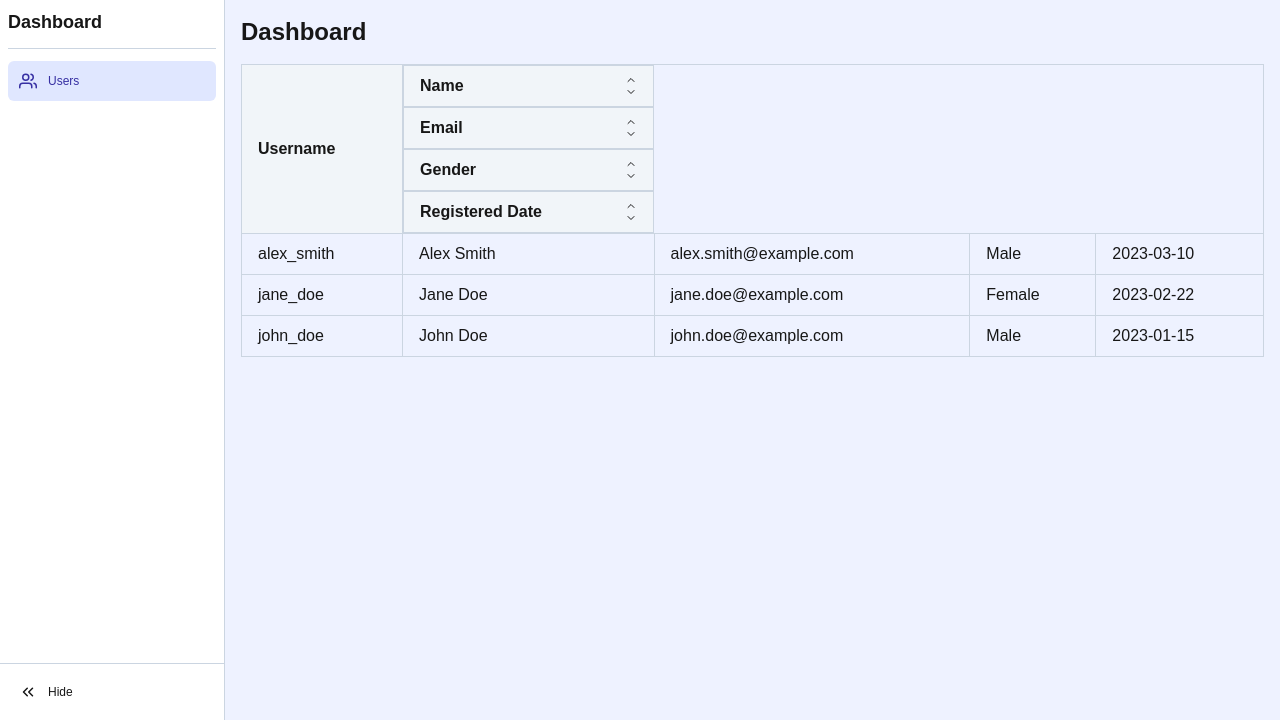
Repository: Ademaulana100499/userdashboard
Page: /
The author's editor kept a copy of each file at every save. The page is drawn from the files as they stood at one save, then again after the next save.
The browser window is 1280 px wide. The pictures show the whole page.
The project was rebuilt for these pictures with package versions that can differ from the ones it lists, and the page was loaded fresh each time. The framework's server and built-in components were replaced by stand-ins that run in the browser. Also part of the build but not shown: next.config.mjs.

Above is the page before, as saved 2025-02-14 18:53:45.

After the next save:
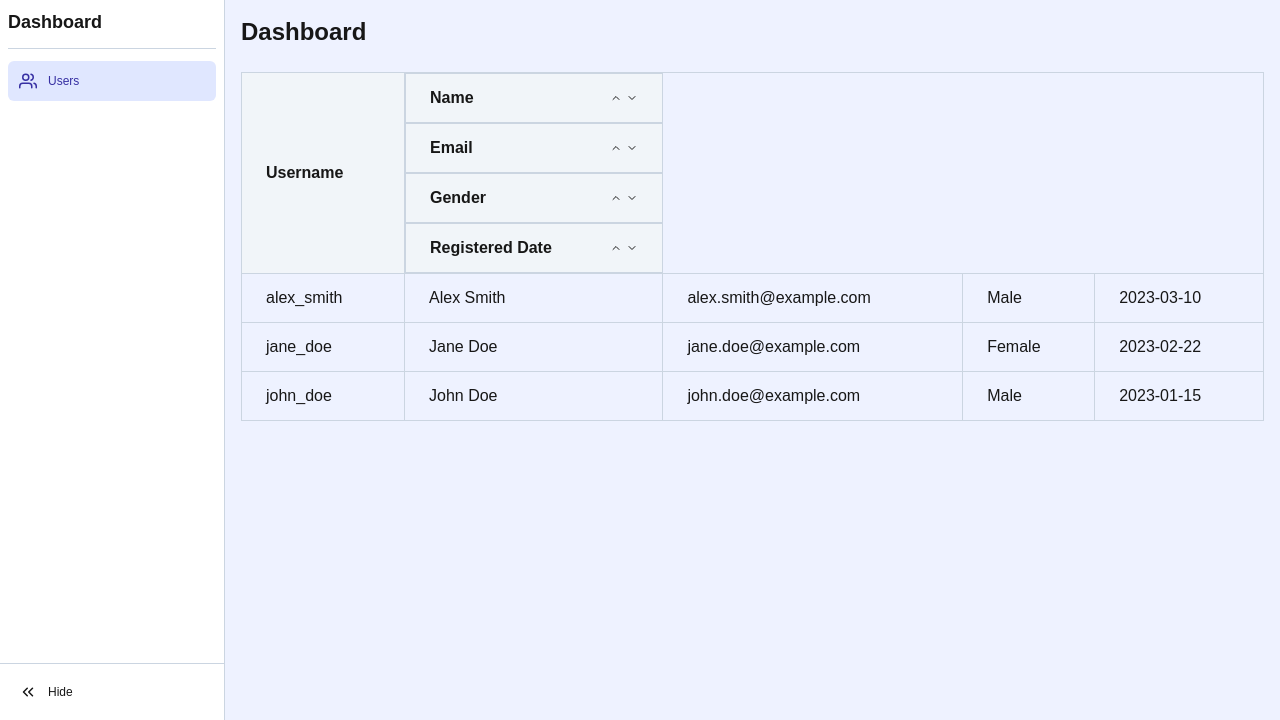
Saved 79 s later.
--- a/src/components/DashboardContent.jsx
+++ b/src/components/DashboardContent.jsx
@@ -64,49 +64,49 @@
 
   return (
     <div className="flex-1 p-4">
-      <h1 className="text-2xl font-semibold mb-4">Dashboard</h1>
+      <h1 className="text-2xl font-semibold mb-6">Dashboard</h1>
       <table className="min-w-full table-auto border-collapse border border-slate-300">
         <thead>
           <tr className="bg-slate-100">
             <th
-              className="border border-slate-300 px-4 py-2 text-left cursor-pointer"
+              className="border border-slate-300 px-6 py-3 text-left cursor-pointer"
               onClick={() => requestSort("username")}>
               Username
             </th>
             <th
-              className="border flex justify-between border-slate-300 px-4 py-2 text-left cursor-pointer"
+              className="border border-slate-300 px-6 py-3 text-left cursor-pointer flex items-center justify-between"
               onClick={() => requestSort("name")}>
-              Name{" "}
-              <div>
-                <FiChevronUp className="text-xs ml-1" />
-                <FiChevronDown className="text-xs ml-1" />
+              Name
+              <div className="flex items-center space-x-1">
+                <FiChevronUp className="text-xs" />
+                <FiChevronDown className="text-xs" />
               </div>
             </th>
             <th
-              className="border flex justify-between border-slate-300 px-4 py-2 text-left cursor-pointer"
+              className="border border-slate-300 px-6 py-3 text-left cursor-pointer flex items-center justify-between"
               onClick={() => requestSort("email")}>
               Email
-              <div>
-                <FiChevronUp className="text-xs ml-1" />
-                <FiChevronDown className="text-xs ml-1" />
+              <div className="flex items-center space-x-1">
+                <FiChevronUp className="text-xs" />
+                <FiChevronDown className="text-xs" />
               </div>
             </th>
             <th
-              className="border flex justify-between border-slate-300 px-4 py-2 text-left cursor-pointer"
+              className="border border-slate-300 px-6 py-3 text-left cursor-pointer flex items-center justify-between"
               onClick={() => requestSort("gender")}>
-              Gender{" "}
-              <div>
-                <FiChevronUp className="text-xs ml-1" />
-                <FiChevronDown className="text-xs ml-1" />
+              Gender
+              <div className="flex items-center space-x-1">
+                <FiChevronUp className="text-xs" />
+                <FiChevronDown className="text-xs" />
               </div>
             </th>
             <th
-              className="border flex justify-between border-slate-300 px-4 py-2 text-left cursor-pointer"
+              className="border border-slate-300 px-6 py-3 text-left cursor-pointer flex items-center justify-between"
               onClick={() => requestSort("registeredDate")}>
-              Registered Date{" "}
-              <div>
-                <FiChevronUp className="text-xs ml-1" />
-                <FiChevronDown className="text-xs ml-1" />
+              Registered Date
+              <div className="flex items-center space-x-1">
+                <FiChevronUp className="text-xs" />
+                <FiChevronDown className="text-xs" />
               </div>
             </th>
           </tr>
@@ -114,17 +114,17 @@
         <tbody>
           {sortedData.map((user, index) => (
             <tr key={index} className="hover:bg-slate-50">
-              <td className="border border-slate-300 px-4 py-2">
+              <td className="border border-slate-300 px-6 py-3">
                 {user.username}
               </td>
-              <td className="border border-slate-300 px-4 py-2">{user.name}</td>
-              <td className="border border-slate-300 px-4 py-2">
+              <td className="border border-slate-300 px-6 py-3">{user.name}</td>
+              <td className="border border-slate-300 px-6 py-3">
                 {user.email}
               </td>
-              <td className="border border-slate-300 px-4 py-2">
+              <td className="border border-slate-300 px-6 py-3">
                 {user.gender}
               </td>
-              <td className="border border-slate-300 px-4 py-2">
+              <td className="border border-slate-300 px-6 py-3">
                 {user.registeredDate}
               </td>
             </tr>

After the save that followed:
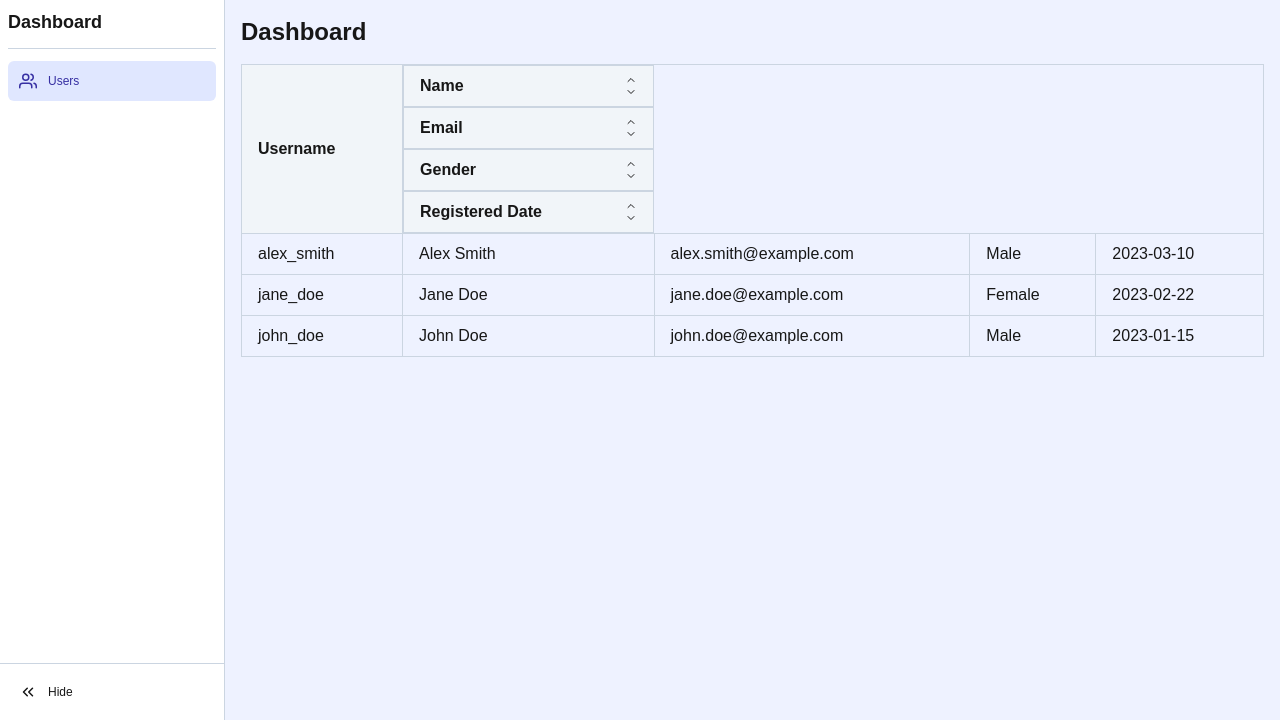
Saved 17 s later.
--- a/src/components/DashboardContent.jsx
+++ b/src/components/DashboardContent.jsx
@@ -64,49 +64,49 @@
 
   return (
     <div className="flex-1 p-4">
-      <h1 className="text-2xl font-semibold mb-6">Dashboard</h1>
+      <h1 className="text-2xl font-semibold mb-4">Dashboard</h1>
       <table className="min-w-full table-auto border-collapse border border-slate-300">
         <thead>
           <tr className="bg-slate-100">
             <th
-              className="border border-slate-300 px-6 py-3 text-left cursor-pointer"
+              className="border border-slate-300 px-4 py-2 text-left cursor-pointer"
               onClick={() => requestSort("username")}>
               Username
             </th>
             <th
-              className="border border-slate-300 px-6 py-3 text-left cursor-pointer flex items-center justify-between"
+              className="border flex justify-between border-slate-300 px-4 py-2 text-left cursor-pointer"
               onClick={() => requestSort("name")}>
-              Name
-              <div className="flex items-center space-x-1">
-                <FiChevronUp className="text-xs" />
-                <FiChevronDown className="text-xs" />
+              Name{" "}
+              <div>
+                <FiChevronUp className="text-xs ml-1" />
+                <FiChevronDown className="text-xs ml-1" />
               </div>
             </th>
             <th
-              className="border border-slate-300 px-6 py-3 text-left cursor-pointer flex items-center justify-between"
+              className="border flex justify-between border-slate-300 px-4 py-2 text-left cursor-pointer"
               onClick={() => requestSort("email")}>
               Email
-              <div className="flex items-center space-x-1">
-                <FiChevronUp className="text-xs" />
-                <FiChevronDown className="text-xs" />
+              <div>
+                <FiChevronUp className="text-xs ml-1" />
+                <FiChevronDown className="text-xs ml-1" />
               </div>
             </th>
             <th
-              className="border border-slate-300 px-6 py-3 text-left cursor-pointer flex items-center justify-between"
+              className="border flex justify-between border-slate-300 px-4 py-2 text-left cursor-pointer"
               onClick={() => requestSort("gender")}>
-              Gender
-              <div className="flex items-center space-x-1">
-                <FiChevronUp className="text-xs" />
-                <FiChevronDown className="text-xs" />
+              Gender{" "}
+              <div>
+                <FiChevronUp className="text-xs ml-1" />
+                <FiChevronDown className="text-xs ml-1" />
               </div>
             </th>
             <th
-              className="border border-slate-300 px-6 py-3 text-left cursor-pointer flex items-center justify-between"
+              className="border flex justify-between border-slate-300 px-4 py-2 text-left cursor-pointer"
               onClick={() => requestSort("registeredDate")}>
-              Registered Date
-              <div className="flex items-center space-x-1">
-                <FiChevronUp className="text-xs" />
-                <FiChevronDown className="text-xs" />
+              Registered Date{" "}
+              <div>
+                <FiChevronUp className="text-xs ml-1" />
+                <FiChevronDown className="text-xs ml-1" />
               </div>
             </th>
           </tr>
@@ -114,17 +114,17 @@
         <tbody>
           {sortedData.map((user, index) => (
             <tr key={index} className="hover:bg-slate-50">
-              <td className="border border-slate-300 px-6 py-3">
+              <td className="border border-slate-300 px-4 py-2">
                 {user.username}
               </td>
-              <td className="border border-slate-300 px-6 py-3">{user.name}</td>
-              <td className="border border-slate-300 px-6 py-3">
+              <td className="border border-slate-300 px-4 py-2">{user.name}</td>
+              <td className="border border-slate-300 px-4 py-2">
                 {user.email}
               </td>
-              <td className="border border-slate-300 px-6 py-3">
+              <td className="border border-slate-300 px-4 py-2">
                 {user.gender}
               </td>
-              <td className="border border-slate-300 px-6 py-3">
+              <td className="border border-slate-300 px-4 py-2">
                 {user.registeredDate}
               </td>
             </tr>
